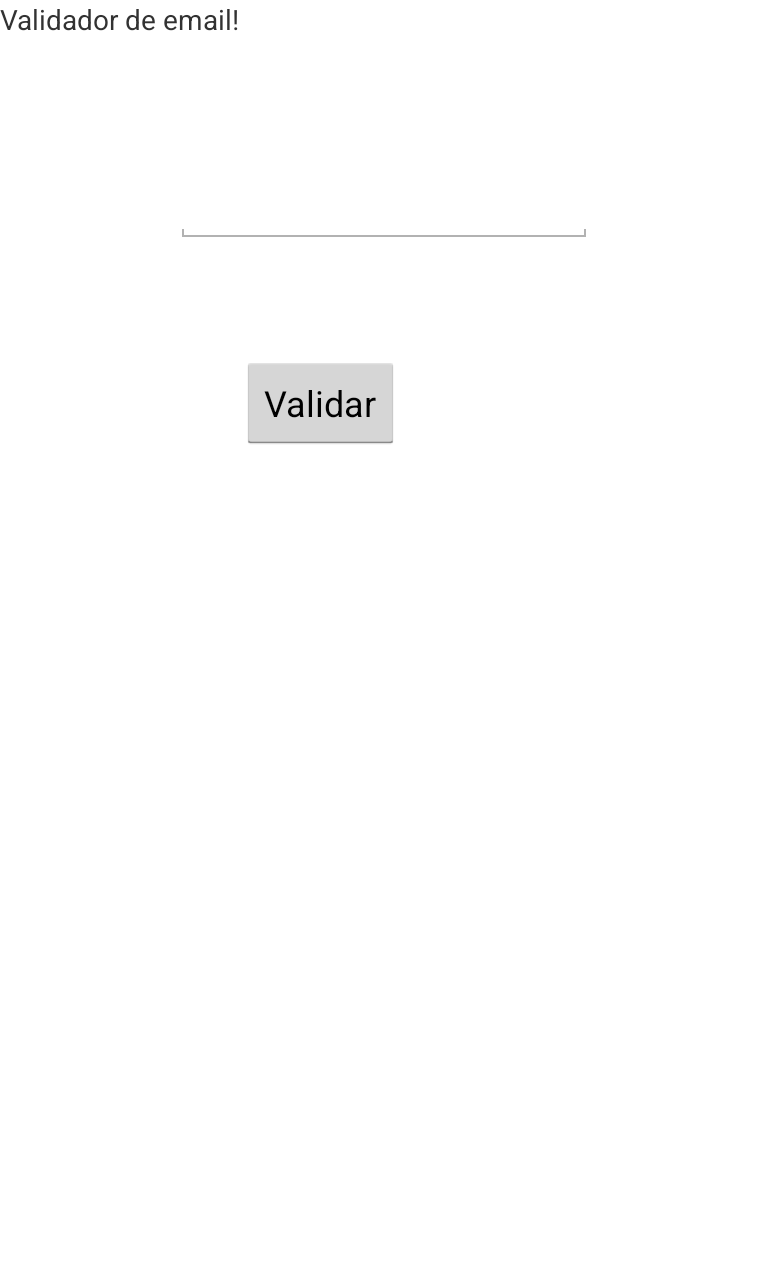
Repository: brownie-gt/SOA
Layout: Android/Validator/res/layout/activity_main.xml
The author's editor kept a copy of each file at every save. The layout is drawn from the files as they stood at one save, then again after the next save.
It is drawn on a 768 x 1280 px phone screen (xhdpi) without system bars, with theme AppTheme; the app's code is not run.

Above is the layout before, as saved 2014-05-18 14:04:18.

### Android/Validator/res/layout/activity_main.xml
<RelativeLayout xmlns:android="http://schemas.android.com/apk/res/android"
    xmlns:tools="http://schemas.android.com/tools"
    android:layout_width="match_parent"
    android:layout_height="match_parent"
    tools:context="${packageName}.${activityClass}" >

    <TextView
        android:id="@+id/textView1"
        android:layout_width="wrap_content"
        android:layout_height="wrap_content"
        android:text="@string/hello_world" />

    <EditText
        android:id="@+id/textEmail"
        android:layout_width="wrap_content"
        android:layout_height="wrap_content"
        android:layout_below="@+id/textView1"
        android:layout_centerHorizontal="true"
        android:layout_marginTop="64dp"
        android:ems="10"
        android:inputType="textEmailAddress" >
    </EditText>

    <Button
        android:id="@+id/button1"
        android:layout_width="wrap_content"
        android:layout_height="wrap_content"
        android:layout_below="@+id/textValidEmail"
        android:layout_marginTop="36dp"
        android:layout_toRightOf="@+id/textView1"
        android:text="Validar" />

    <TextView
        android:id="@+id/textValidEmail"
        android:layout_width="wrap_content"
        android:layout_height="wrap_content"
        android:layout_below="@+id/textEmail"
        android:layout_centerHorizontal="true" />

</RelativeLayout>

### Android/Validator/res/values/strings.xml
<?xml version="1.0" encoding="utf-8"?>
<resources>

    <string name="app_name">Validator</string>
    <string name="hello_world">Validador de email!</string>

</resources>

Loaded but not shown: Android/Validator/res/values/styles.xml (common file); Android/Validator/res/values-v11/styles.xml (common file); Android/Validator/res/values-v14/styles.xml (common file)

After the next save:
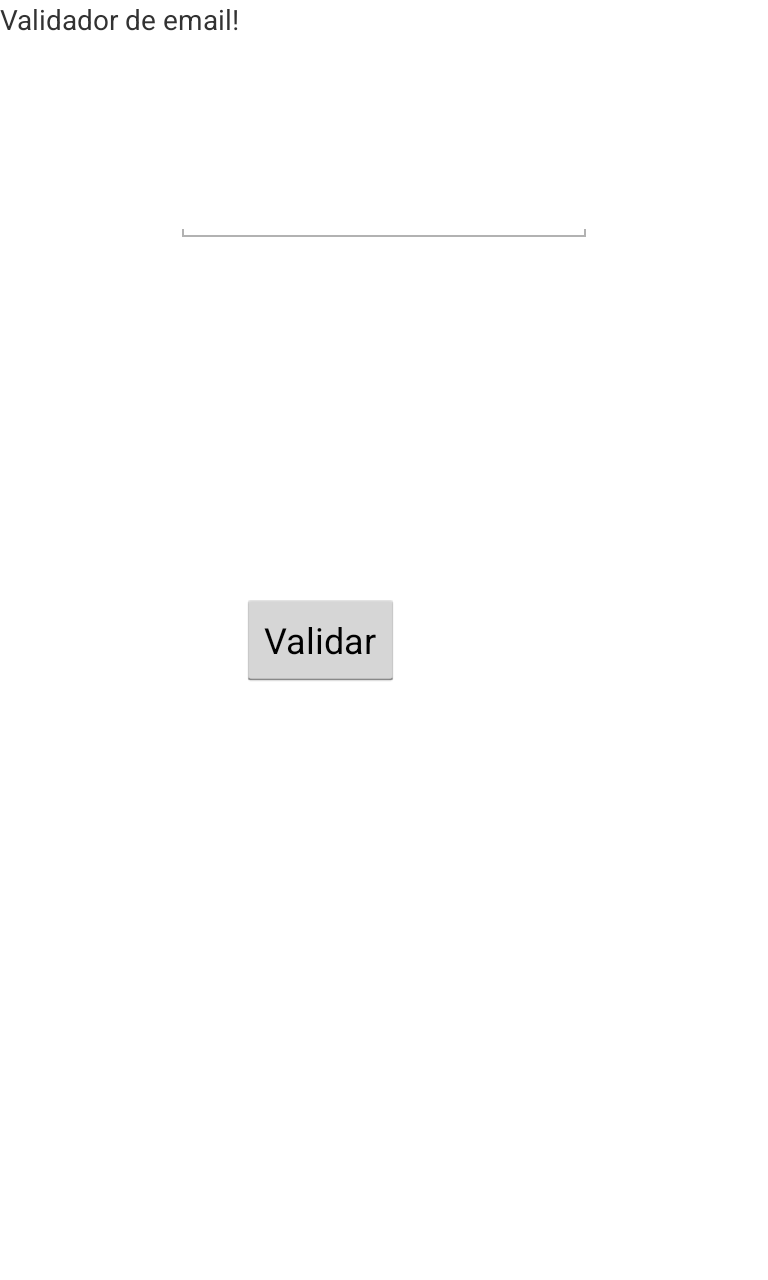
Saved 5 min 23 s later.
--- a/Android/Validator/res/layout/activity_main.xml
+++ b/Android/Validator/res/layout/activity_main.xml
@@ -21,15 +21,6 @@
         android:inputType="textEmailAddress" >
     </EditText>
 
-    <Button
-        android:id="@+id/button1"
-        android:layout_width="wrap_content"
-        android:layout_height="wrap_content"
-        android:layout_below="@+id/textValidEmail"
-        android:layout_marginTop="36dp"
-        android:layout_toRightOf="@+id/textView1"
-        android:text="Validar" />
-
     <TextView
         android:id="@+id/textValidEmail"
         android:layout_width="wrap_content"
@@ -37,4 +28,12 @@
         android:layout_below="@+id/textEmail"
         android:layout_centerHorizontal="true" />
 
+    <Button
+        android:id="@+id/button1"
+        android:layout_width="wrap_content"
+        android:layout_height="wrap_content"
+        android:layout_centerVertical="true"
+        android:layout_toRightOf="@+id/textView1"
+        android:text="Validar" />
+
 </RelativeLayout>
